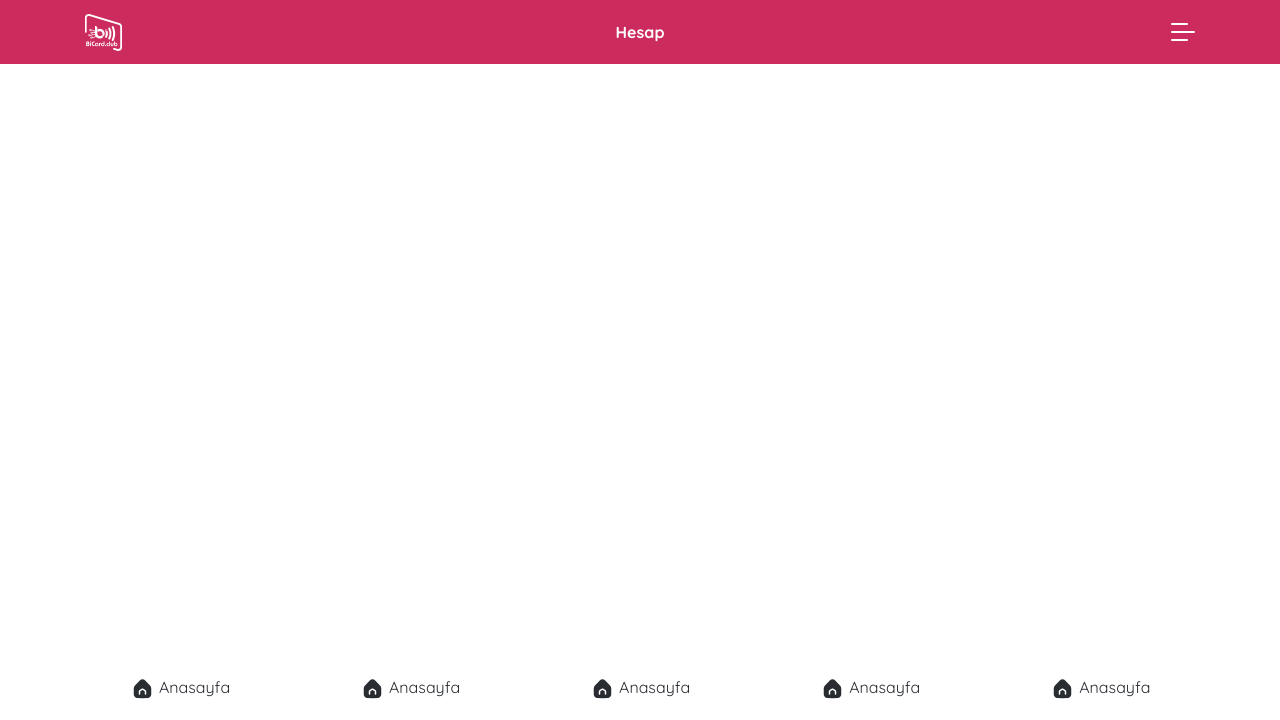
Repository: KayahanKahriman/bicard
Page: form.html
The author's editor kept a copy of each file at every save. The page is drawn from the files as they stood at one save, then again after the next save.
The browser window is 1280 px wide. The pictures show the whole page.
The style sheet was rebuilt from its Sass, Less or Tailwind sources for each picture, by a compiler version that may differ from the author's.

Above is the page before, as saved 2021-12-02 11:24:46.

After the next save:
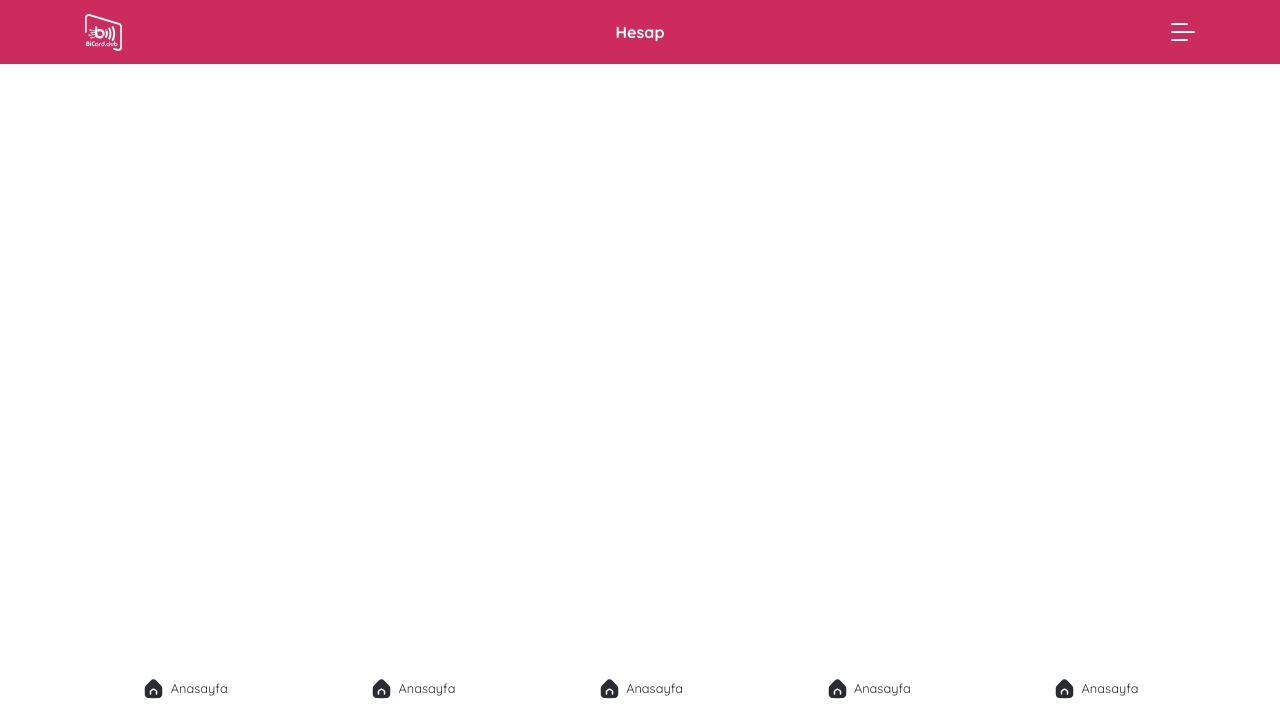
Saved 12 s later.
--- a/assets/scss/style.scss
+++ b/assets/scss/style.scss
@@ -92,6 +92,10 @@
   width: 100%;
   left: 0;
   bottom: 0;
+
+  span {
+    font-size: 0.8em;
+  }
 }
 
 /*------------------------------------*\
